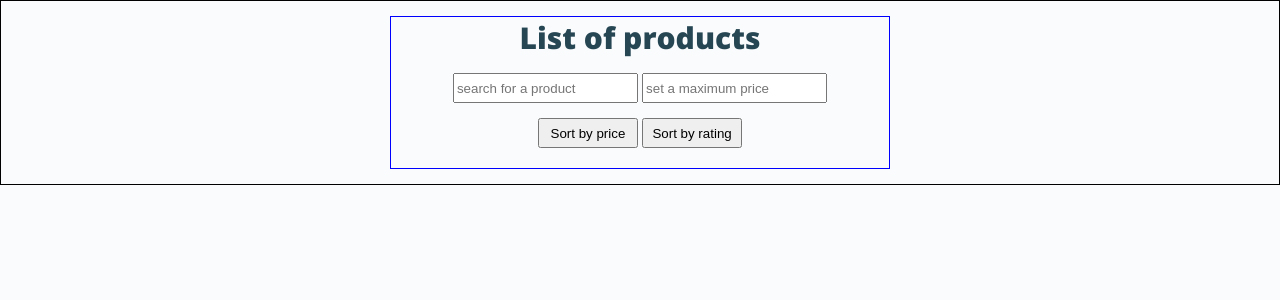
Repository: andrii1/hyf-homework
Page: javascript/javascript2/week2/hyf-bay/index.html
The author's editor kept a copy of each file at every save. The page is drawn from the files as they stood at one save, then again after the next save.
The browser window is 1280 px wide. The pictures show the whole page.

Above is the page before, as saved 2022-07-06 12:40:16.

After the next save:
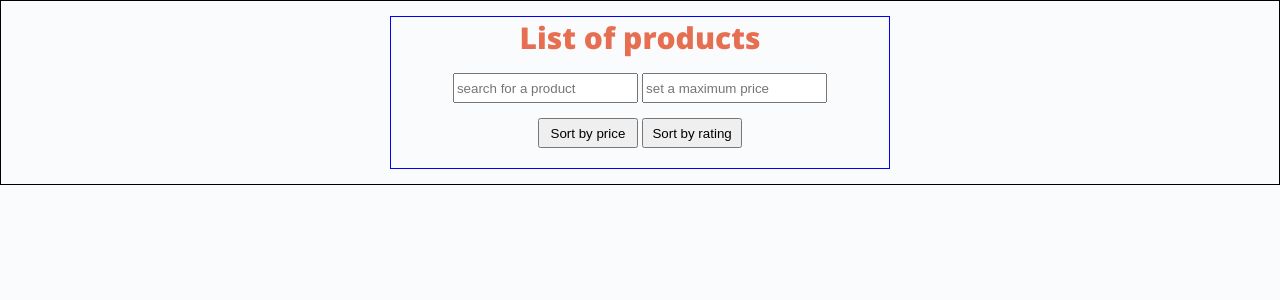
Saved 28 s later.
--- a/javascript/javascript2/week2/hyf-bay/main.css
+++ b/javascript/javascript2/week2/hyf-bay/main.css
@@ -14,7 +14,7 @@ body, h1, h2 {
 
 h1 {
   font-size: 30px;
-  color:#264653;
+  color:#E76F51;
 }
 
 h2 {
